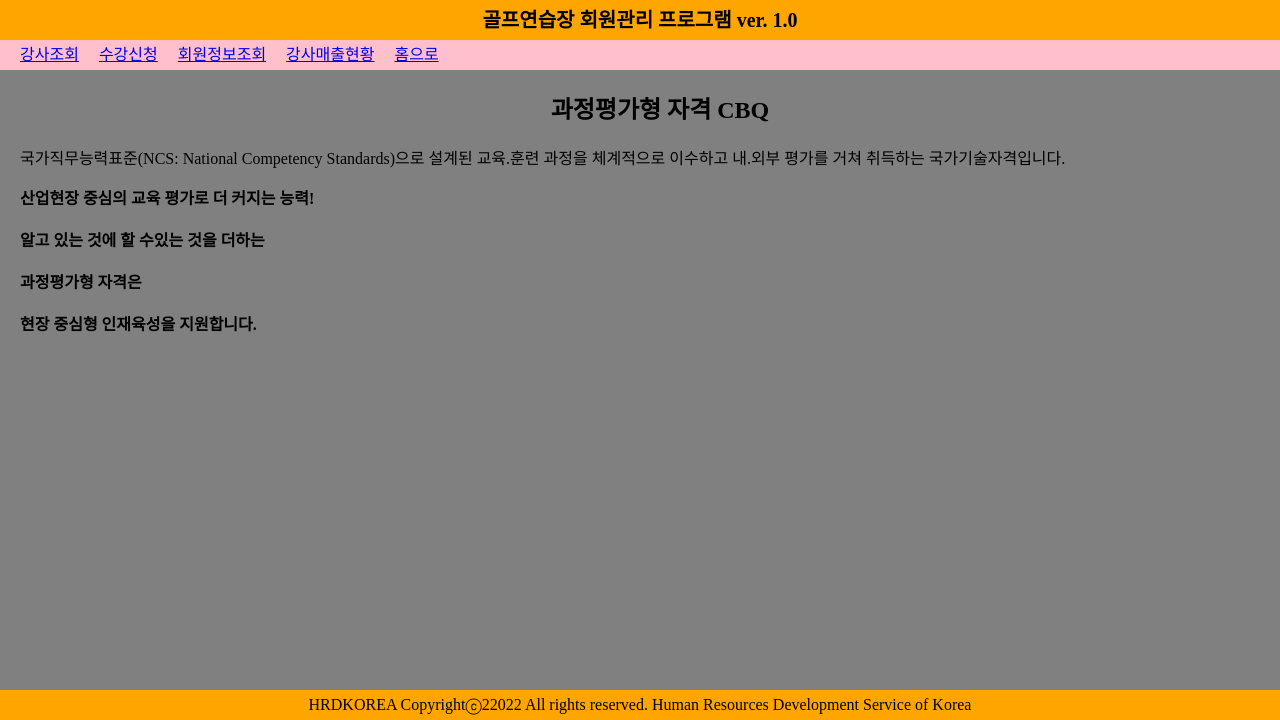
Repository: leesuyeon116/HRD_3
Page: http://localhost/HRD_0505/
These files come from the project's save history. The page is drawn as it stood at one moment and after the next save; the edit follows.
The browser window is 1280 px wide. The pictures show the whole page.
The page is served by Tomcat 9.

Above is the page before, as saved 2024-05-05 08:37:54.

### workspace/HRD_0505/src/main/webapp/index.jsp
<%@ page language="java" contentType="text/html; charset=UTF-8"
    pageEncoding="UTF-8"%>
<!DOCTYPE html>
<html>
<head>
<meta charset="UTF-8">
<title>index</title>
</head>
<body>
<jsp:include page="header.jsp"></jsp:include>
<section style="position: fixed; top: 70px; left: 0px; width: 100%; height: 100%; background-color: gray; padding-left: 20px;">
<h2 style="text-align: center">과정평가형 자격 CBQ</h2>
국가직무능력표준(NCS: National Competency Standards)으로 설계된 교육.훈련 과정을 체계적으로 이수하고 내.외부 평가를 거쳐 취득하는 국가기술자격입니다.
<p>
<b>
산업현장 중심의 교육 평가로 더 커지는 능력! <br><br>
알고 있는 것에 할 수있는 것을 더하는 <br><br>
과정평가형 자격은 <br><br>
현장 중심형 인재육성을 지원합니다.
</b>
<p>
</section>

<jsp:include page="footer.jsp"></jsp:include>
</body>
</html>

### workspace/HRD_0505/src/main/webapp/header.jsp
<%@ page language="java" contentType="text/html; charset=UTF-8"
    pageEncoding="UTF-8"%>
<!DOCTYPE html>
<html>
<head>
<meta charset="UTF-8">
<title>header</title>
</head>
<body>
<header style="position: fixed; top: 0px; left: 0px; width: 100%; height: 40px; line-height: 40px; background-color: orange;
	text-align: center; font-size: 20px">
<b>골프연습장 회원관리 프로그램 ver. 1.0</b>
</header>

<nav style="position: fixed; top: 40px; left: 0px; width: 100%; height: 30px; line-height: 30px; background-color: pink;
	padding-left: 20px">
	<a href="tlist.jsp">강사조회</a> &nbsp; &nbsp;
	<a href="insert.jsp">수강신청</a> &nbsp; &nbsp;
	<a href="mlist.jsp">회원정보조회</a> &nbsp; &nbsp;
	<a href="salary.jsp">강사매출현황</a> &nbsp; &nbsp;
	<a href="index.jsp">홈으로</a> &nbsp; &nbsp;
</nav>
</body>
</html>

### workspace/HRD_0505/src/main/webapp/footer.jsp
<%@ page language="java" contentType="text/html; charset=UTF-8"
    pageEncoding="UTF-8"%>
<!DOCTYPE html>
<html>
<head>
<meta charset="UTF-8">
<title>footer</title>
</head>
<body>
<footer style="position: fixed; bottom: 0px; left: 0px; width: 100%; height: 30px; line-height: 30px; background-color: orange;
	text-align: center">
	HRDKOREA Copyrightⓒ22022 All rights reserved. Human Resources Development Service of Korea
</footer>
</body>
</html>

After the next save:
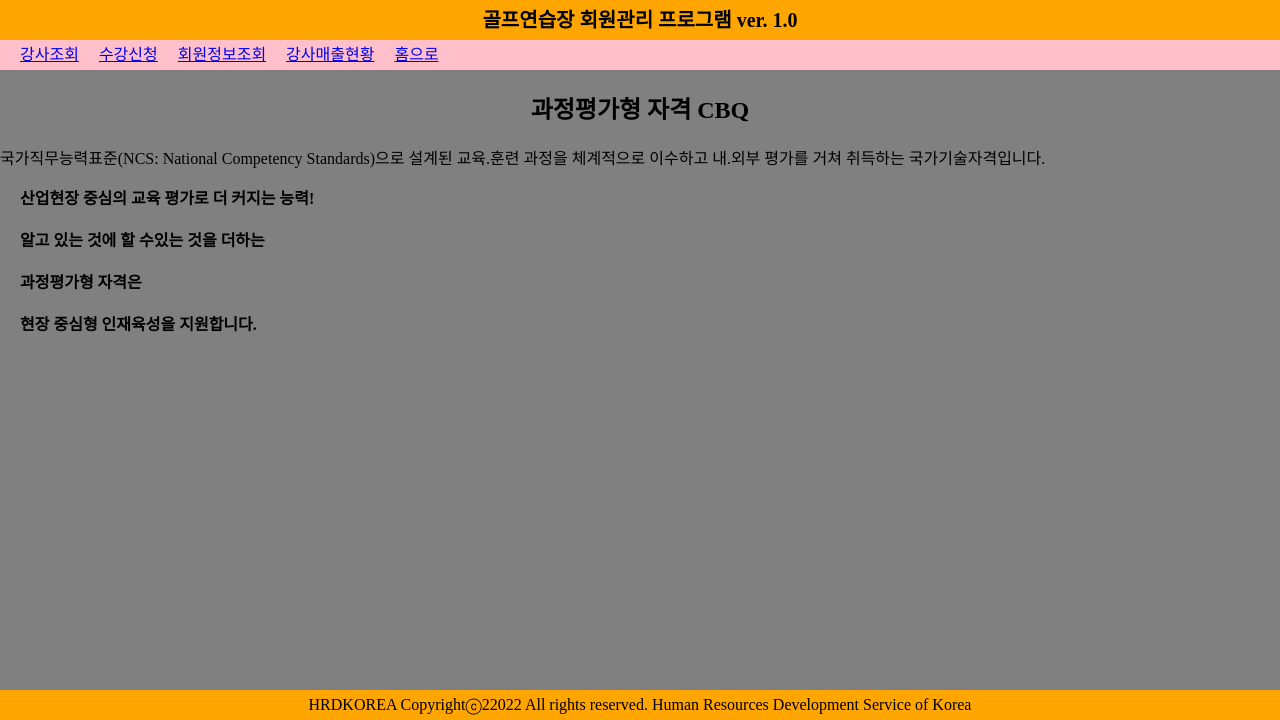
Saved 27 s later.
--- a/workspace/HRD_0505/src/main/webapp/index.jsp
+++ b/workspace/HRD_0505/src/main/webapp/index.jsp
@@ -8,10 +8,10 @@
 </head>
 <body>
 <jsp:include page="header.jsp"></jsp:include>
-<section style="position: fixed; top: 70px; left: 0px; width: 100%; height: 100%; background-color: gray; padding-left: 20px;">
+<section style="position: fixed; top: 70px; left: 0px; width: 100%; height: 100%; background-color: gray">
 <h2 style="text-align: center">과정평가형 자격 CBQ</h2>
 국가직무능력표준(NCS: National Competency Standards)으로 설계된 교육.훈련 과정을 체계적으로 이수하고 내.외부 평가를 거쳐 취득하는 국가기술자격입니다.
-<p>
+<p style="padding-left: 20px">
 <b>
 산업현장 중심의 교육 평가로 더 커지는 능력! <br><br>
 알고 있는 것에 할 수있는 것을 더하는 <br><br>
